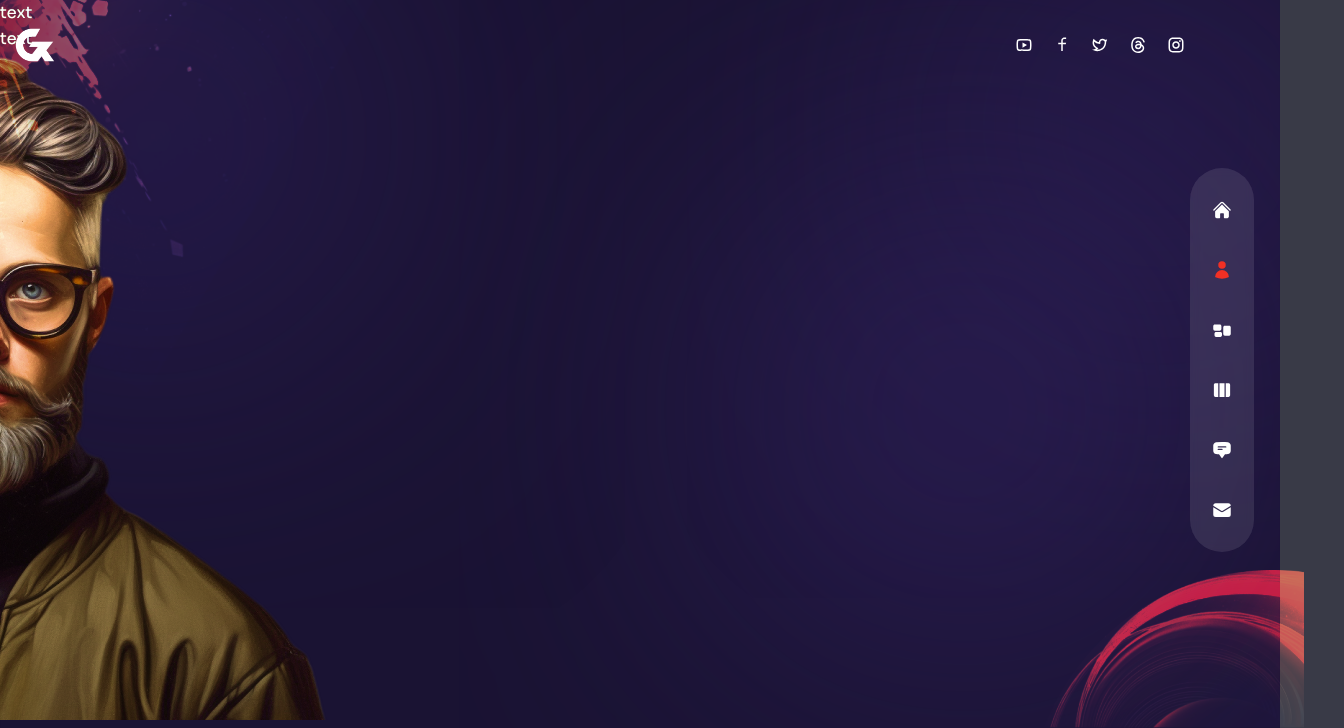
Repository: zecht12/Portofolio-without-db
Page: /about
The author's editor kept a copy of each file at every save. The page is drawn from the files as they stood at one save, then again after the next save.
The browser window is 1280 px wide. The page is 1344 px wide, so the pictures cover 1344 px, including what lies to the right of the window. The pictures show the whole page.
The project was rebuilt for these pictures with package versions that can differ from the ones it lists, and the page was loaded fresh each time. The framework's server and built-in components were replaced by stand-ins that run in the browser. Also part of the build but not shown: next.config.js.

Above is the page before, as saved 2023-10-07 16:30:48.

After the next save:
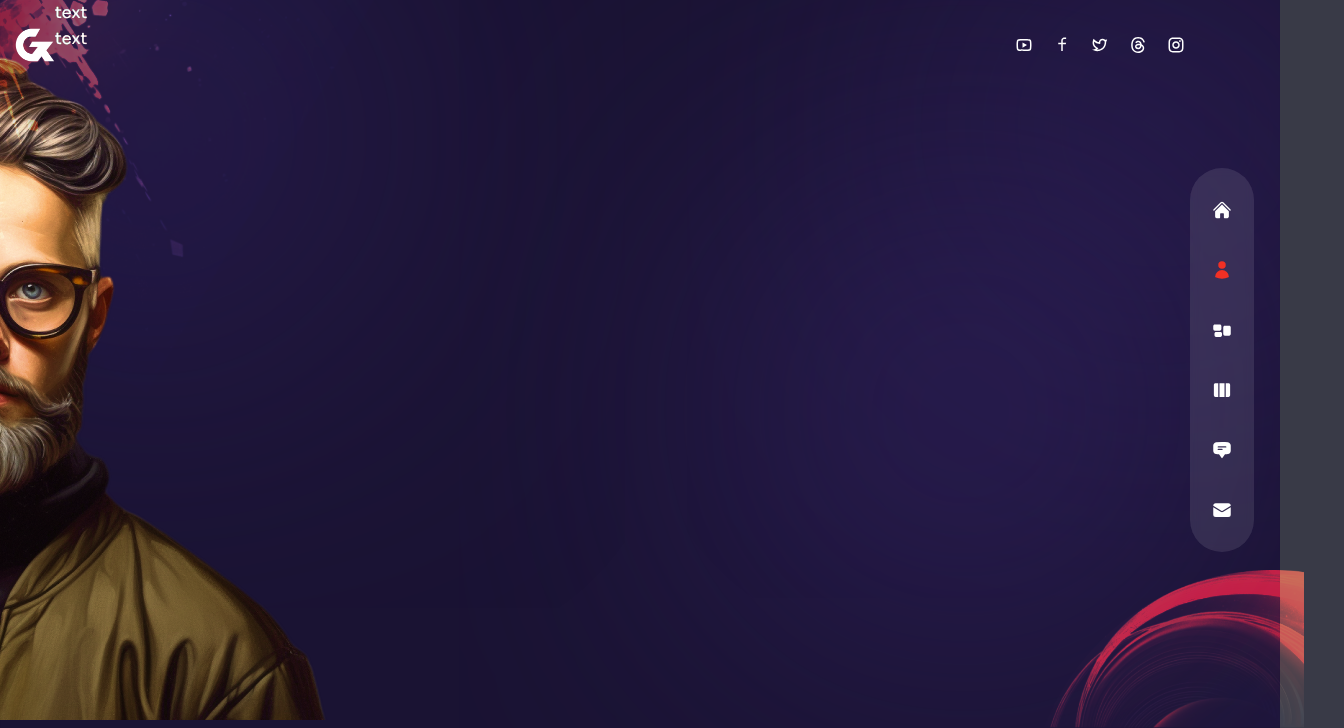
Saved 9 s later.
--- a/app/about/page.js
+++ b/app/about/page.js
@@ -102,7 +102,7 @@ export default function Page() {
       <motion.div variants={fadeIn('right', 0.2)} initial="hidden" animate="show" exit="hidden" className="hidden xl:flex absolute bottom-0 -left-[375px] ">
         <Avatar/>
       </motion.div>
-      <div className="">
+      <div className="container mx-auto">
         <div>
           text
         </div>
